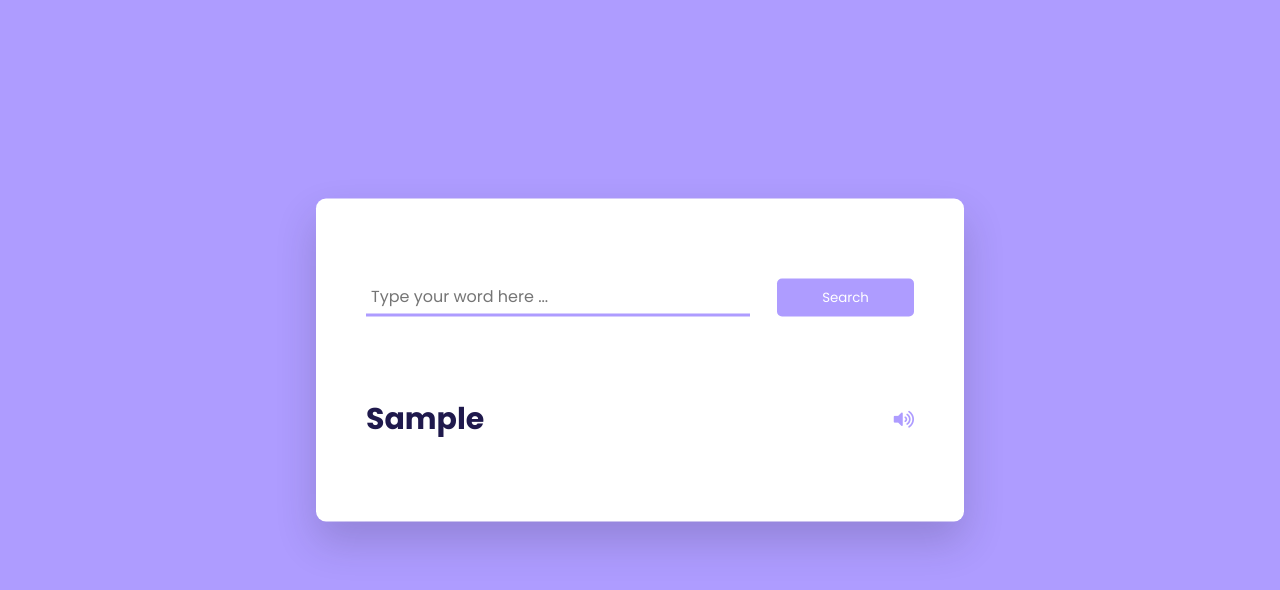
Repository: MohamedMostafaTaha/Translation_app
Page: index.html
An editor plug-in stored every save of this project. The page is shown before and after the next save, followed by the edit.
The browser window is 1280 px wide. The pictures show the whole page.

Above is the page before, as saved 2023-09-16 18:16:25.

### index.html
<!DOCTYPE html>
<html lang="en">
  <head>
    <meta charset="UTF-8" />
    <meta name="viewport" content="width=device-width, initial-scale=1.0" />
    <title>Document</title>
    <link
      rel="stylesheet"
      href="https://cdnjs.cloudflare.com/ajax/libs/font-awesome/5.15.4/css/all.min.css"
    />
    <link rel="preconnect" href="https://fonts.googleapis.com" />
    <link rel="preconnect" href="https://fonts.gstatic.com" crossorigin />
    <link
      href="https://fonts.googleapis.com/css2?family=Poppins:ital,wght@0,100;0,200;0,300;0,400;0,500;0,600;0,700;0,800;0,900;1,100;1,200;1,300;1,400;1,500;1,600;1,700;1,800;1,900&display=swap"
      rel="stylesheet"
    />
    <link rel="stylesheet" href="style.css" />
  </head>
  <body>
    <div class="container">
      <div class="search-box">
        <input
          type="text"
          placeholder="Type your word here ..."
          id="inp-word"
        />
        <button id="search-btn">Search</button>
      </div>

      <div class="result">
        <div class="word">
          <h3>Sample</h3>
          <button>
            <i class="fas fa-volume-up"></i>
          </button>
        </div>
      </div>
    </div>
    <script src="main.js"></script>
  </body>
</html>

### style.css
* {
  padding: 0;
  margin: 0;
  box-sizing: border-box;
}

*:not(i) {
  font-family: "Poppins", sans-serif;
}

body {
  background-color: #ae9cff;
}

.container {
  background-color: #ffffff;
  width: 90vmin;
  position: absolute;
  transform: translate(-50%, -50%);
  top: 50%;
  left: 50%;
  padding: 80px 50px;
  border-radius: 10px;
  box-shadow: 0 20px 40px rgba(38, 33, 61, 0.2);
}

.search-box {
  width: 100%;
  display: flex;
  justify-content: space-between;
}

.search-box input {
  padding: 5px;
  width: 70%;
  border: none;
  outline: none;
  border-bottom: 3px solid #ae9cff;
  font-size: 16px;
}

.search-box button {
  padding: 5px 0;
  width: 25%;
  background-color: #ae9cff;
  border: none;
  outline: none;
  color: white;
  border-radius: 5px;
}

.result {
  position: relative;
}

.result h3 {
  font-size: 30px;
  color: #1f194c;
}

.result .word {
  display: flex;
  justify-content: space-between;
  margin-top: 80px;
}

.result button {
  background-color: transparent;
  color: #ae9cff;
  border: none;
  outline: none;
  font-size: 18px;
}

Loaded but not shown: main.js (no copy from this time; the picture is the same without it)

After the next save:
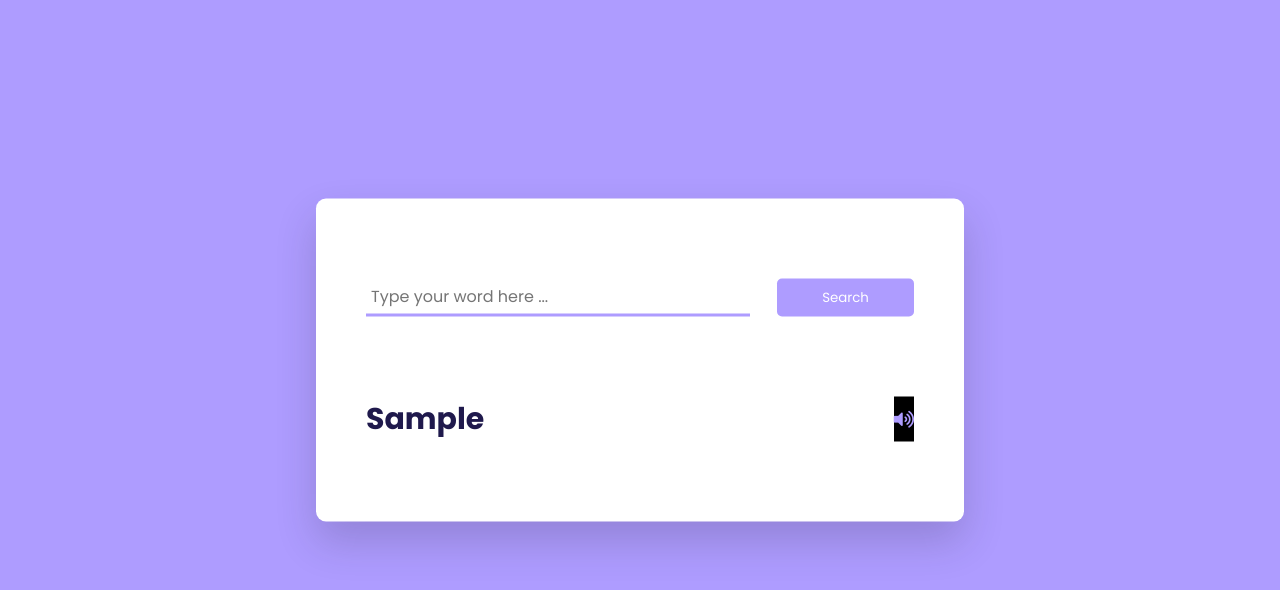
Saved 22 s later.
--- a/style.css
+++ b/style.css
@@ -65,7 +65,7 @@
 }
 
 .result button {
-  background-color: transparent;
+  background-color: black;
   color: #ae9cff;
   border: none;
   outline: none;

After the save that followed:
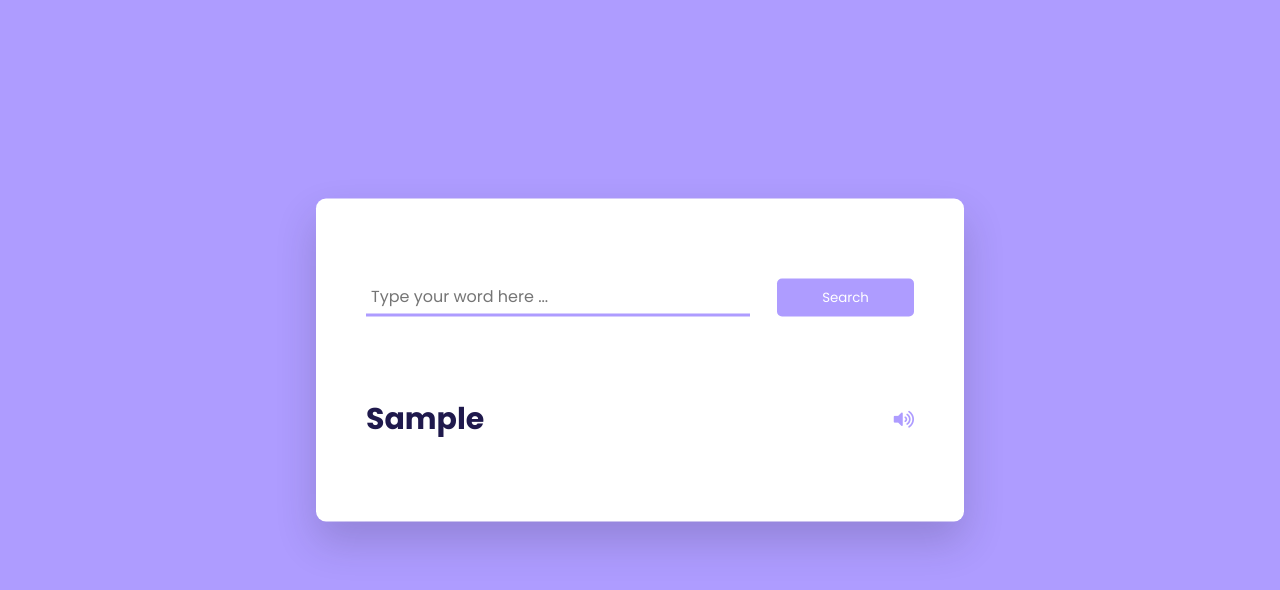
Saved 8 s later.
--- a/style.css
+++ b/style.css
@@ -65,7 +65,7 @@
 }
 
 .result button {
-  background-color: black;
+  background-color: transparent;
   color: #ae9cff;
   border: none;
   outline: none;
